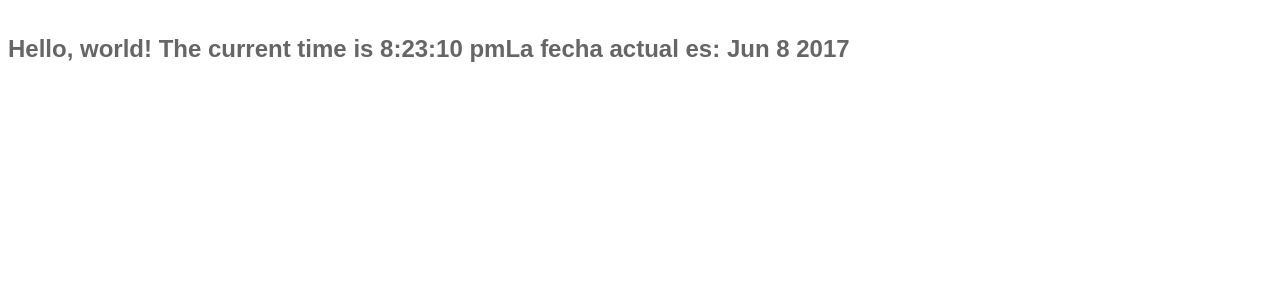
Repository: hhugohm/php_basic
Page: http://localhost/src/hello_with_time.php
The author's editor kept a copy of each file at every save. The page is drawn from the files as they stood at one save, then again after the next save.
The browser window is 1280 px wide. The pictures show the whole page.
The page is run by PHP 8.4 with error messages shown; the project is at /var/www/html/.

Above is the page before, as saved 2017-06-08 21:11:16.

### php_unidad2/src/hello_with_time.php
<!DOCTYPE html PUBLIC "-//W3C//DTD XHTML 1.0 Strict//EN"
  "http://www.w3.org/TR/xhtml1/DTD/xhtml1-strict.dtd">
<html xmlns="http://www.w3.org/1999/xhtml" xml:lang="en" lang="en">
  <head>
    <title>Hello</title>
    <link rel="stylesheet" type="text/css" href="common.css" />
  </head>
  <body>
    <h1>
<?php
$currentTime = date( "g:i:s a" );
$currenData = date("M j Y");
echo "Hello, world! The current time is $currentTime";
echo "La fecha actual es:  $currenData";
?>
    </h1>
  </body>
</html>

### php_unidad2/src/common.css

/* Page body */
body { font-family: Arial, Helvetica, sans-serif; }

/* Definition lists */
dl { width: 100%; margin: 2em 0; padding: 0; clear: both; overflow: auto; }
dt { width: 30%; float: left; margin: 0; padding: 5px 9.9% 5px 0; border-top: 1px solid #DDDDB7; font-weight: bold; overflow: auto; clear: left; }
dd { width: 60%; float: left; margin: 0; padding: 6px 0 5px 0; border-top: 1px solid #DDDDB7; overflow: auto; }

/* Headings */
h1 { font-weight: bold; margin: 35px 0 14px; color: #666; font-size: 1.5em; }
h2 { font-weight: bold; margin: 30px 0 12px; color: #666; font-size: 1.3em; }
h3 { font-weight: normal; margin: 30px 0 12px; color: #666; font-size: 1.2em; }
h4 { font-weight: bold; margin: 25px 0 12px; color: #666; font-size: 1.0em; }
h5 { font-weight: bold; margin: 25px 0 12px; color: #666; font-size: 0.9em; }

/* Forms */
label { display: block; float: left; clear: both; text-align: right; margin: 0.6em 5px 0 0; width: 40%; }
input, select, textarea { float: right; margin: 1em 0 0 0; width: 57%; }
input { border: 1px solid #666; }
input[type=radio], input[type=checkbox], input[type=submit], input[type=reset], input[type=button], input[type=image] { width: auto; }

After the next save:
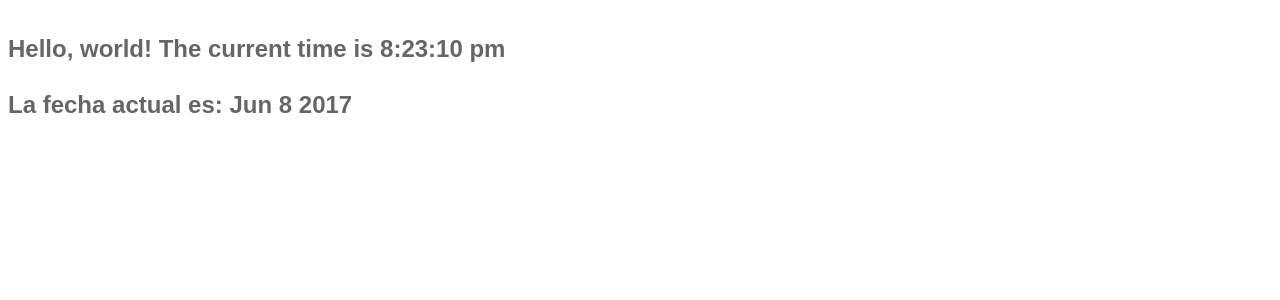
Saved 56 s later.
--- a/php_unidad2/src/hello_with_time.php
+++ b/php_unidad2/src/hello_with_time.php
@@ -11,6 +11,9 @@
 $currentTime = date( "g:i:s a" );
 $currenData = date("M j Y");
 echo "Hello, world! The current time is $currentTime";
+?>
+<br></br>
+<?php
 echo "La fecha actual es:  $currenData";
 ?>
     </h1>
